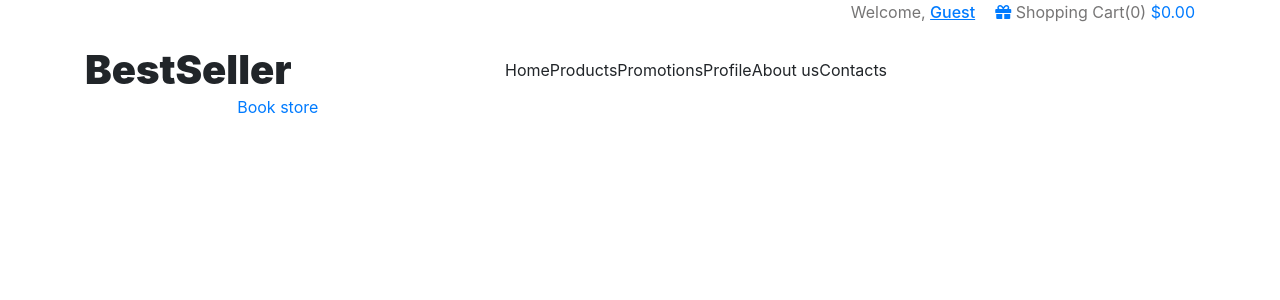
Repository: phunobi1807/BestSeller
Page: index.html
An editor plug-in stored every save of this project. The page is shown before and after the next save, followed by the edit.
The browser window is 1280 px wide. The pictures show the whole page.

Above is the page before, as saved 2021-06-28 22:20:14.

After the next save:
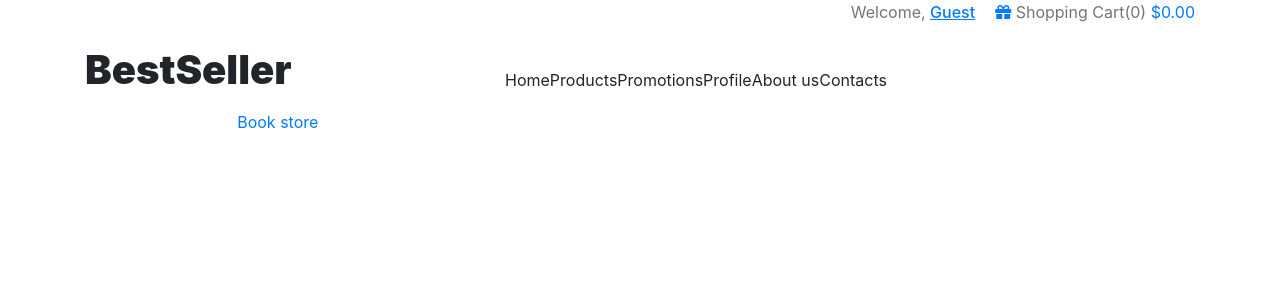
Saved 49 s later.
--- a/css/style.css
+++ b/css/style.css
@@ -57,7 +57,7 @@ html {
 
 .navigation-menu {
     display: flex;
-    line-height: 60px;
+    line-height: 80px;
     list-style: none;
 }
 
